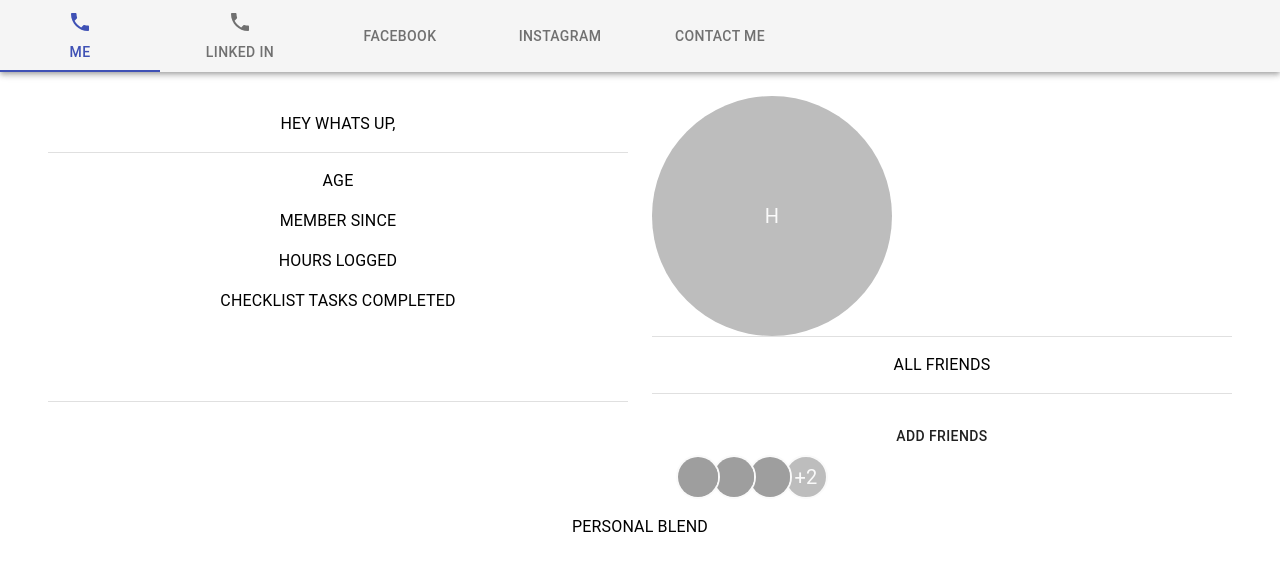
Repository: hossamsulleman1/CONTACTME
Page: / (app in my-app/)
These files come from the project's save history. The page is drawn as it stood at one moment and after the next save; the edit follows.
The browser window is 1280 px wide. The pictures show the whole page.
Pictures or frames that could not be fetched are drawn as grey boxes. The project was rebuilt for these pictures with package versions that can differ from the ones it lists, and the page was loaded fresh each time. Also part of the build but not shown: my-app/src/Components/PageProp.jsx.

Above is the page before, as saved 2020-11-08 10:37:37.

### my-app/src/App.js
import './App.css';
import IconNav from './Components/IconNav';

function App() {
  return (
    <div className="App">
<IconNav>

</IconNav>
    </div>
  );
}

export default App;

### my-app/src/Components/IconNav.jsx
import React from "react";
import PropTypes from "prop-types";
import { makeStyles } from "@material-ui/core/styles";
import AppBar from "@material-ui/core/AppBar";
import Tabs from "@material-ui/core/Tabs";
import Tab from "@material-ui/core/Tab";
import Typography from "@material-ui/core/Typography";
import Box from "@material-ui/core/Box";
import PhoneIcon from "@material-ui/icons/Phone";
import PageProp from "./PageProp";
import Button from '@material-ui/core/Button';
import Content from "./ProfileFolder/Content";



function TabPanel(props) {
  const { children, value, index, ...other } = props;

  return (
    <div
      role="tabpanel"
      hidden={value !== index}
      id={`scrollable-auto-tabpanel-${index}`}
      aria-labelledby={`scrollable-auto-tab-${index}`}
      {...other}
    >
      {value === index && (
        <Box p={3}>
          <Typography>{children}</Typography>
        </Box>
      )}
    </div>
  );
}

TabPanel.propTypes = {
  children: PropTypes.node,
  index: PropTypes.any.isRequired,
  value: PropTypes.any.isRequired,
};

function a11yProps(index) {
  return {
    id: `scrollable-auto-tab-${index}`,
    "aria-controls": `scrollable-auto-tabpanel-${index}`,
  };
}

const useStyles = makeStyles((theme) => ({
  root: {
    flexGrow: 1,
    width: "100%",
    backgroundColor: theme.palette.background.paper,
  },
}));

export default function IconNav() {
  const classes = useStyles();
  const [value, setValue] = React.useState(0);

  const handleChange = (event, newValue) => {
    setValue(newValue);
  };

  return (
    <div className={classes.root}>
      <AppBar position="static" color="default">
        <Tabs
          value={value}
          onChange={handleChange}
          indicatorColor="primary"
          textColor="primary"
          variant="scrollable"
          scrollButtons="auto"
          aria-label="scrollable auto tabs example"
        >
          <Tab icon={<PhoneIcon />} label="ME" {...a11yProps(0)} />
          <Tab icon={<PhoneIcon />} label="Linked In" {...a11yProps(1)} />
          <Tab label="Facebook" {...a11yProps(2)} />
          <Tab label="Instagram" {...a11yProps(3)} />
          <Tab label="Contact Me" {...a11yProps(4)} />
          <Tab label="" {...a11yProps(5)} />
          <Tab label="" {...a11yProps(6)} />
        </Tabs>
      </AppBar>
      <TabPanel value={value} index={0}>
    <Content></Content>
      </TabPanel>
      <TabPanel value={value} index={1}>
      <PageProp name="Linked In"></PageProp>
      </TabPanel>
      <TabPanel value={value} index={2}>
      <PageProp name="Facebook"></PageProp>
      </TabPanel>
      <TabPanel value={value} index={3}>
      <PageProp name="Instagram"></PageProp>
      </TabPanel>
      <TabPanel value={value} index={4}>
        Item Five
      </TabPanel>
      <TabPanel value={value} index={5}>
        Item Six
      </TabPanel>
      <TabPanel value={value} index={6}>
        Item Seven
      </TabPanel>
    </div>
  );
}

### my-app/src/Components/ProfileFolder/Content.jsx
import { Container } from "@material-ui/core";
import Avatar from "@material-ui/core/Avatar";
import Grid from "@material-ui/core/Grid";
import Button from "@material-ui/core/Button";
import Paper from "@material-ui/core/Paper";

import Divider from "@material-ui/core/Divider";
import React, { useState } from "react";
import { Text, Heading } from "rebass";
import { makeStyles } from "@material-ui/core/styles";
import AvatarGroup from "@material-ui/lab/AvatarGroup";
import FriendsAvatarList from "./FriendsAvatarList";

const useStyles = makeStyles((theme) => ({
  root: {
    display: "flex",
    "& > *": {
      margin: theme.spacing(1),
    },
  },
  small: {
    width: theme.spacing(3),
    height: theme.spacing(3),
  },
  large: {
    width: theme.spacing(30),
    height: theme.spacing(30),
  },
}));

function Content(props) {
  const classes = useStyles();

  return (
    <Container>
      <Grid container spacing={3}>
        <Grid item xs={6}>
          <div className="headingdiv">
            <p className="HomeTitleSmall">HEY WHATS UP,</p>
            <p className="HomeTitle">{props.Name}</p>
          </div>

          <Divider />
          <div className="statsdiv">
            <p className="HomeTitleMedium">AGE</p>
            <p>{props.Age}</p>
            <p className="HomeTitleMedium">MEMBER SINCE</p>
            <p>{props.AccountCreation}</p>
            <p className="HomeTitleMedium">HOURS LOGGED</p>
            <p>{props.HoursLogged}</p>
            <p className="HomeTitleMedium">CHECKLIST TASKS COMPLETED</p>
            <p>{props.TasksCompleted}</p>
          </div>
          <br></br>
          <br></br>
          <br></br>
          <Divider />

          <div className="statsdiv"></div>
        </Grid>
        <Grid item xs={6}>
          <div className="avatardiv">
            <Avatar className={classes.large} src={props.PhotoUrl}>
              H
            </Avatar>

            <div className="friendsdiv">
              <div className="justifycenter">
                <Divider></Divider>

                <p className="SubHeading">ALL FRIENDS</p>
                <Divider></Divider>
                <br></br>
                <Button>Add Friends</Button>
              </div>

              <div className="friendsdiv2">
                <Container>
                  <FriendsAvatarList></FriendsAvatarList>
                </Container>
              </div>
            </div>
          </div>
        </Grid>
      </Grid>

      {/* GRAPHS CONTAINER  */}
      <Container>
        <p className="HomeTitleSmall">PERSONAL BLEND</p>
        <Grid container spacing={3}>
          <Grid item xs>
            {/* <PieWithLabel></PieWithLabel> */}
          </Grid>
          <Grid item xs>
            {/* <RadarChart></RadarChart> */}
          </Grid>
        </Grid>
      </Container>
      {/* GRAPHS CONTAINER END  */}
    </Container>
  );
}

export default Content;

### my-app/src/Components/ProfileFolder/FriendsAvatarList.jsx
import React from "react";
import Avatar from "@material-ui/core/Avatar";
import AvatarGroup from "@material-ui/lab/AvatarGroup";

export default function FriendsAvatarList(props) {
  return (
    <AvatarGroup max={4}>
      <Avatar alt="Remy Sharp" src="/static/images/avatar/1.jpg" />
      <Avatar alt="Travis Howard" src="/static/images/avatar/2.jpg" />
      <Avatar alt="Cindy Baker" src="/static/images/avatar/3.jpg" />
      <Avatar alt="Agnes Walker" src="/static/images/avatar/4.jpg" />
      <Avatar alt="Trevor Henderson" src="/static/images/avatar/5.jpg" />
    </AvatarGroup>
  );
}

Loaded but not shown: my-app/public/index.html (common file); my-app/src/index.js (common file); my-app/src/index.css (common file); my-app/src/reportWebVitals.js (common file); my-app/src/App.css (common file)

After the next save:
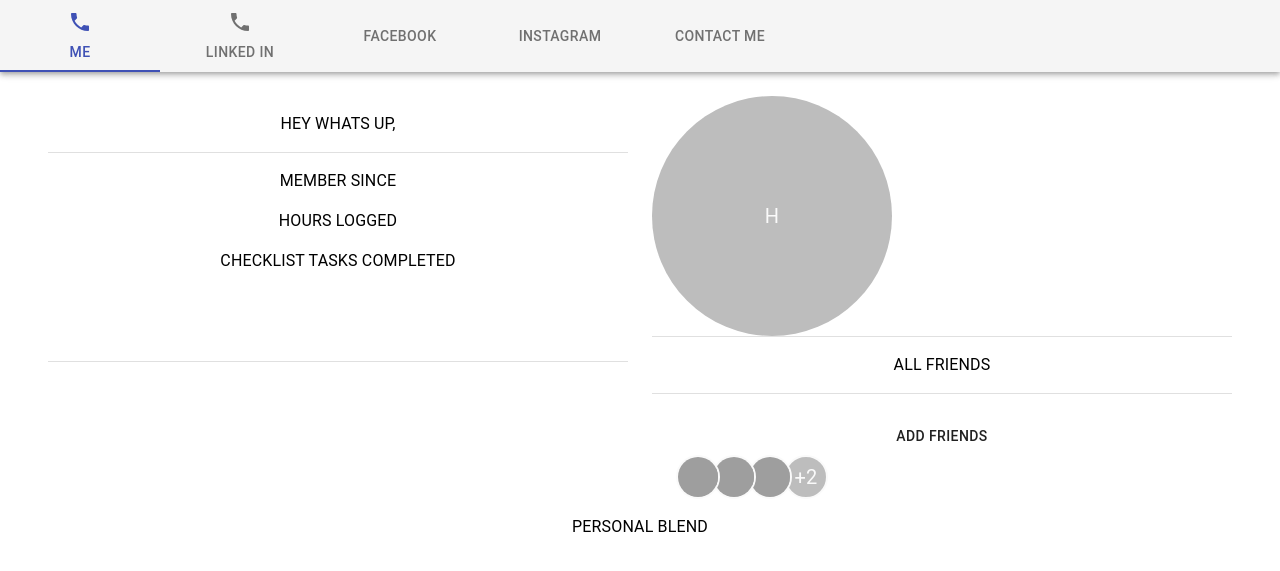
Saved 5 min 27 s later.
--- a/my-app/src/Components/ProfileFolder/Content.jsx
+++ b/my-app/src/Components/ProfileFolder/Content.jsx
@@ -42,8 +42,7 @@ function Content(props) {
 
           <Divider />
           <div className="statsdiv">
-            <p className="HomeTitleMedium">AGE</p>
-            <p>{props.Age}</p>
+
             <p className="HomeTitleMedium">MEMBER SINCE</p>
             <p>{props.AccountCreation}</p>
             <p className="HomeTitleMedium">HOURS LOGGED</p>
